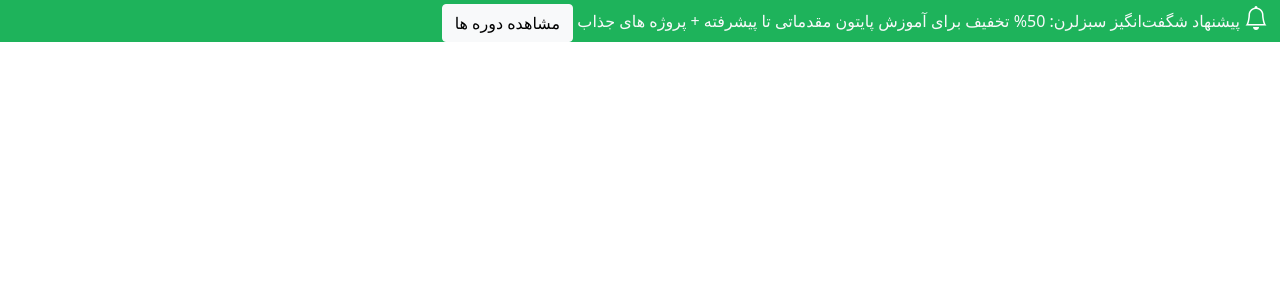
Repository: mobina-mirzaei/final-project-mirzaei
Page: index.html
An editor plug-in stored every save of this project. The page is shown before and after the next save, followed by the edit.
The browser window is 1280 px wide. The pictures show the whole page.
The style sheet was rebuilt from its Sass, Less or Tailwind sources for each picture, by a compiler version that may differ from the author's.

Above is the page before, as saved 2025-06-05 21:06:36.

After the next save:
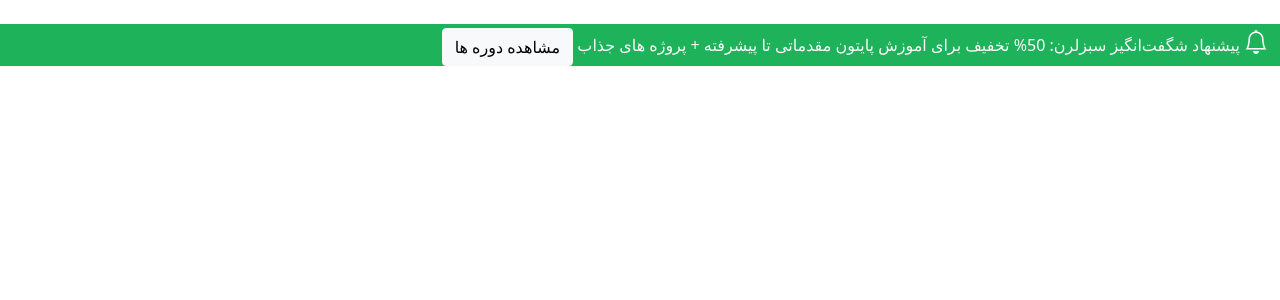
Saved 22 s later.
--- a/index.html
+++ b/index.html
@@ -17,7 +17,7 @@
   </head>
   <body>
     <div class="container-fluid">
-      <div class="row d-flex justify-content-between aling-items-center pre-nav">
+      <div class="row d-flex justify-content-between aling-items-center pre-nav my-4">
         <div class="col-lg-8">
             <span class="text-light">
                 <i class="bi bi-bell" style="color: white; font-size: 24px;"></i>
